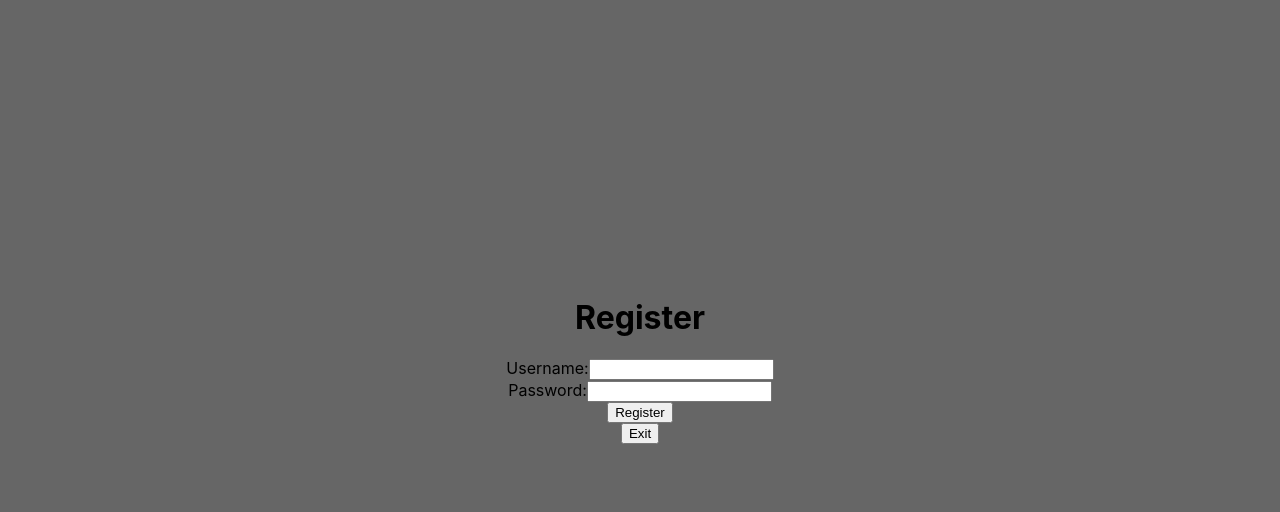
Repository: iMlearnDinG/react-app-v2
Page: /register
An editor plug-in stored every save of this project. The page is shown before and after the next save, followed by the edit.
The browser window is 1280 px wide. The pictures show the whole page.
The page's requests for data from a server got no answer. The project was rebuilt for these pictures with package versions that can differ from the ones it lists, and the page was loaded fresh each time. No one was signed in, and anything a server would have sent is missing. Also part of the build but not shown: src/css/login.css, src/components/Login.js, src/components/Lobby.js, src/components/Game.js, src/components/Menu.js. Imported but missing from the stored project, and not drawn on this page: src/media/video.mp4.

Above is the page before, as saved 2023-07-21 21:48:38.

### src/index.js
import React from 'react';
import ReactDOM from 'react-dom/client';
import './index.css';
import App from './App';
import reportWebVitals from './reportWebVitals';

ReactDOM.createRoot(document.getElementById('root')).render(
  <React.StrictMode>
    <App />
  </React.StrictMode>,
);

// If you want to start measuring performance in your app, pass a function
// to log results (for example: reportWebVitals(console.log))
// or send to an analytics endpoint. Learn more: https://bit.ly/CRA-vitals
reportWebVitals();

### src/App.js
import React, { useContext, useEffect } from 'react';
import { BrowserRouter as Router, Routes, Route, useNavigate } from 'react-router-dom';
import { AuthProvider, AuthContext } from './config/AuthContext';
import Login from './components/Login';
import Register from './components/Register';
import Lobby from './components/Lobby';
import Game from './components/Game';
import Menu from './components/Menu';
import SessionRenewal from './SessionRenewal';

function PrivateRoute({ children }) {
  const { user, loading } = useContext(AuthContext);
  const navigate = useNavigate();

  useEffect(() => {
    if (!loading && !user) {
      navigate('/login', { replace: true });
    }
  }, [loading, user, navigate]);

  if (loading) {
    return <div>Loading...</div>;
  }

  if (!user) {
    return null;
  }

  return children;
}

function App() {
  return (
    <Router>
      <div className="App">
        <AuthProvider>
          <Routes>
            <Route path="/" element={<Login />} />
            <Route path="/login" element={<Login />} />
            <Route path="/register" element={<Register />} />
            <Route path="/lobby" element={<PrivateRoute><Lobby /></PrivateRoute>} />
            <Route path="/game" element={<PrivateRoute><Game /></PrivateRoute>} />
            <Route path="/menu" element={<PrivateRoute><Menu /></PrivateRoute>} />
          </Routes>
        </AuthProvider>
      </div>
    </Router>
  );
}

export default SessionRenewal(App);

### src/config/AuthContext.js
import React, { createContext, useState, useEffect } from 'react';

export const AuthContext = createContext();

export function AuthProvider({ children }) {
  const [user, setUser] = useState(null);
  const [loading, setLoading] = useState(true);

  useEffect(() => {
    // Fetch the current user from the server and update state
    const fetchUser = async () => {
      const response = await fetch(`${process.env.REACT_APP_API_BASE_URL}/auth`, {
        credentials: 'include',
      });
      const data = await response.json();
      if (data.success) {
        setUser(data.data.user);
      }
      setLoading(false);
    };
    fetchUser();
  }, []);

  const value = { user, setUser, loading };

  return <AuthContext.Provider value={value}>{children}</AuthContext.Provider>;
}

### src/components/Register.js
import React, { useState } from 'react';
import { useNavigate } from 'react-router-dom';
import axios from 'axios';
import '../css/register.css'
import registerImage from '../media/register-image.png';
import registerImage1 from '../media/register-image1.png';
import registerImage2 from '../media/register-image2.png';
import registerImage3 from '../media/register-image3.png';
import backgroundVideo from '../media/video.mp4'

function Register() {
  const navigate = useNavigate();
  const [username, setUsername] = useState('');
  const [password, setPassword] = useState('');
  const [errors, setErrors] = useState([]);

  const register = () => {
    if (!username || !password) {
      setErrors(['Please provide a username and password.']);
      return;
    }

    const userData = {
      username: username,
      password: password
    };

    axios
      .post(`${process.env.REACT_APP_API_BASE_URL}/register`, userData)
      .then((res) => {
        if (res.data.success) {
          navigate('/login', { replace: true });
        } else {
          setErrors(res.data.error);
        }
      })

      .catch((error) => {
        console.log(error);
        let errorMsg = ['An error occurred during registration'];

        if (error.response && error.response.data.error) {
          errorMsg = error.response.data.error;
        }

        setErrors(errorMsg);
      });
  };

  const exit = () => {
    navigate('/login');
  };

  return (
    <div className="register-container">
      <h1>Register</h1>
      {/* Registration form */}
      <div>
        <label htmlFor="username">Username:</label>
        <input
          type="text"
          id="username"
          value={username}
          onChange={(e) => setUsername(e.target.value)}
        />
      </div>
      <div>
        <label htmlFor="password">Password:</label>
        <input
          type="password"
          id="password"
          value={password}
          onChange={(e) => setPassword(e.target.value)}
        />
      </div>
      <button onClick={register}>Register</button>
      <button onClick={exit}>Exit</button>
      {errors.length > 0 && (
        <div>
          {errors.map((error, index) => (
            <p key={index}>{error}</p>
          ))}
        </div>
      )}
    </div>
  );
}

export default Register;

### src/SessionRenewal.js
import React, { useEffect, useRef } from 'react';

function SessionRenewal(WrappedComponent) {
  return function WrappedWithSessionRenewal(props) {
    const activityDetected = useRef(false);

    useEffect(() => {
      let timeoutId;

      const renewSession = () => {
        fetch('/api/renew-session', {
          method: 'POST',
          credentials: 'include', // Include cookies in the request
        })
        .then(res => res.json())
        .then((data) => {
          if (!data.success) {
            console.error('Session renewal failed:', data.error);
          }
        })
        .catch((error) => {
          console.error('Error:', error);
        });
      };

      const resetTimeout = () => {
        console.log('User activity detected');
        if (timeoutId) {
          clearTimeout(timeoutId);
        }
        timeoutId = setTimeout(renewSession, 1); // 5 minutes
      };

      const activityHandler = () => {
        activityDetected.current = true;
      };

      window.addEventListener('mousemove', activityHandler);
      window.addEventListener('keydown', activityHandler);
      window.addEventListener('click', activityHandler);
      window.addEventListener('input', activityHandler);

      const intervalId = setInterval(() => {
        if (activityDetected.current) {
          resetTimeout();
          activityDetected.current = false;
        }
      }, 225000);

      return () => {
        window.removeEventListener('mousemove', activityHandler);
        window.removeEventListener('keydown', activityHandler);
        window.removeEventListener('click', activityHandler);
        window.removeEventListener('input', activityHandler);
        clearTimeout(timeoutId);
        clearInterval(intervalId);
      };
    }, []);

    return <WrappedComponent {...props} />;
  };
}

export default SessionRenewal;

### src/css/register.css
.register-container {
    display: flex;
    flex-direction: column;
    align-items: center;
    justify-content: center;
    height: 100vh;
    background-color: rgba(0, 0, 0, 0.6);
    overflow: hidden;
  }

Loaded but not shown: public/index.html (common file); src/index.css (common file); src/reportWebVitals.js (common file)

After the next save:
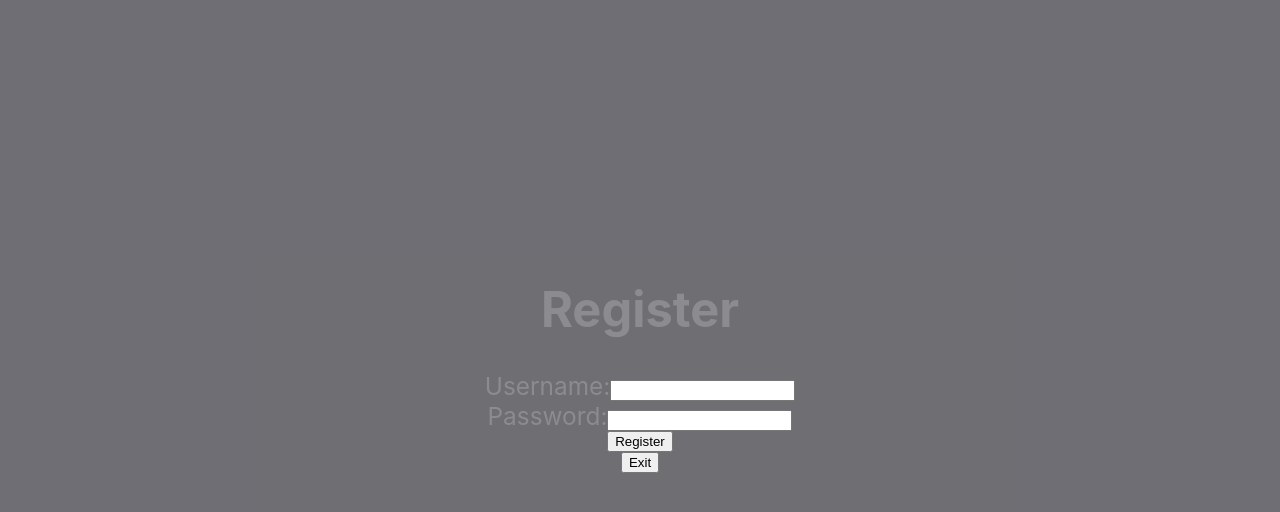
Saved 41 s later.
--- a/src/css/register.css
+++ b/src/css/register.css
@@ -1,9 +1,11 @@
 .register-container {
+    background-color: rgba(12, 12, 21, 0.597);
+    min-height: 100vh;
     display: flex;
     flex-direction: column;
     align-items: center;
     justify-content: center;
-    height: 100vh;
-    background-color: rgba(0, 0, 0, 0.6);
+    font-size: calc(10px + 2vmin);
+    color: rgba(255, 255, 255, 0.209);
     overflow: hidden;
   }
